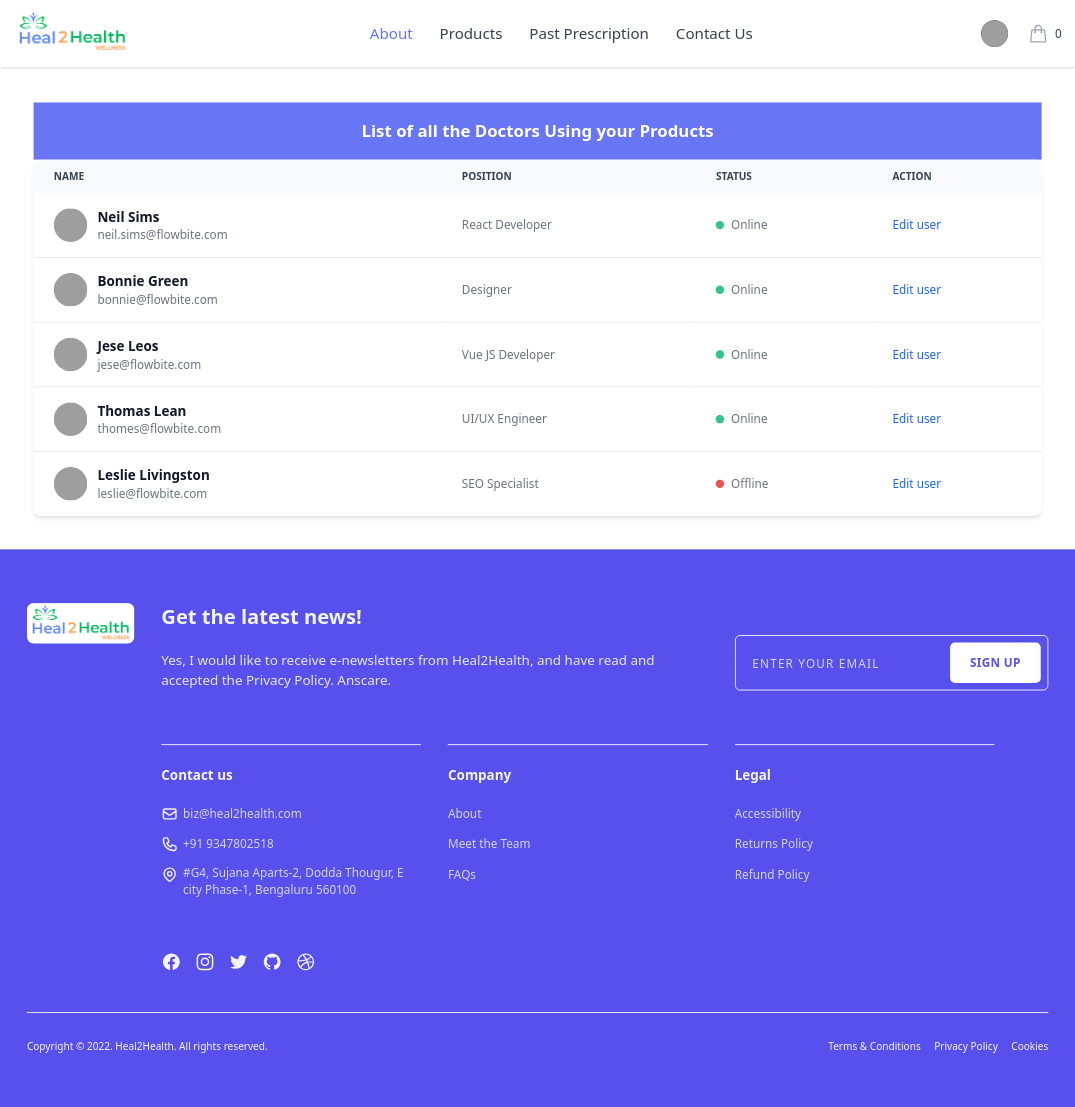
Repository: Akash123-coder/H2H
Page: /dealer (app in Frontend/)
An editor plug-in stored every save of this project. The page is shown before and after the next save, followed by the edit.
The browser window is 1280 px wide. The pictures show the whole page, at 84% of full size.
Pictures or frames that could not be fetched are drawn as grey boxes. The project was rebuilt for these pictures with package versions that can differ from the ones it lists, and the page was loaded fresh each time. Also part of the build but not shown: Frontend/vite.config.ts, Frontend/src/pages/About.tsx, Frontend/src/components/Cta.jsx, Frontend/src/pages/Home.jsx, Frontend/src/components/Product.tsx, Frontend/src/components/Select.jsx, Frontend/src/components/CompanySelect.jsx, Frontend/src/pages/Prescription.jsx and 7 more.

Above is the page before, as saved 2022-10-12 12:07:54.

After the next save:
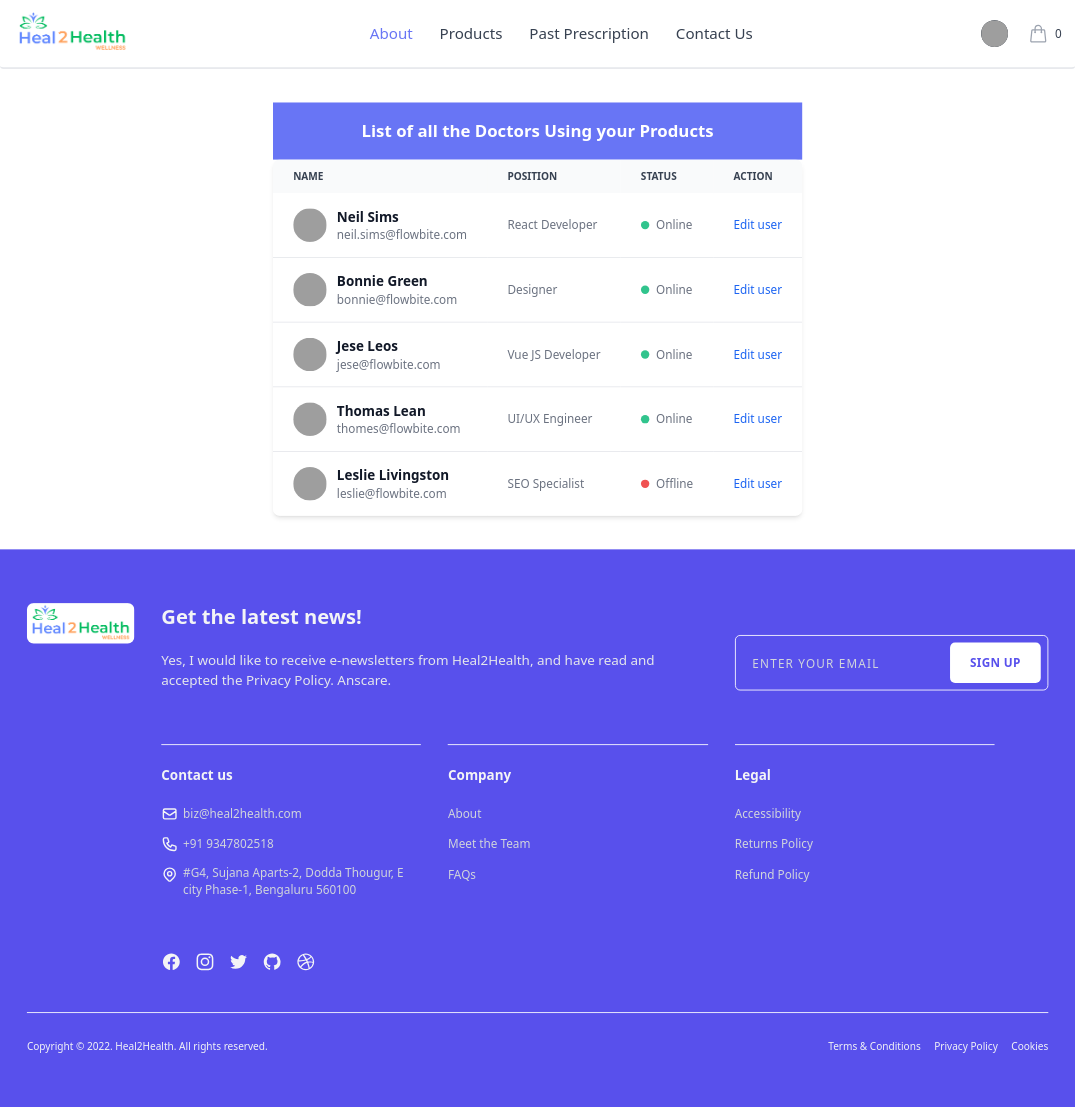
Saved 25 s later.
--- a/Frontend/src/pages/DealerPage.jsx
+++ b/Frontend/src/pages/DealerPage.jsx
@@ -4,7 +4,7 @@
 function DealerPage() {
   return (
     <div>
-        <div className="p-10">
+        <div className="p-10 flex justify-center align-center">
         <List/>
         </div>
     </div>

After the 2 saves that followed:
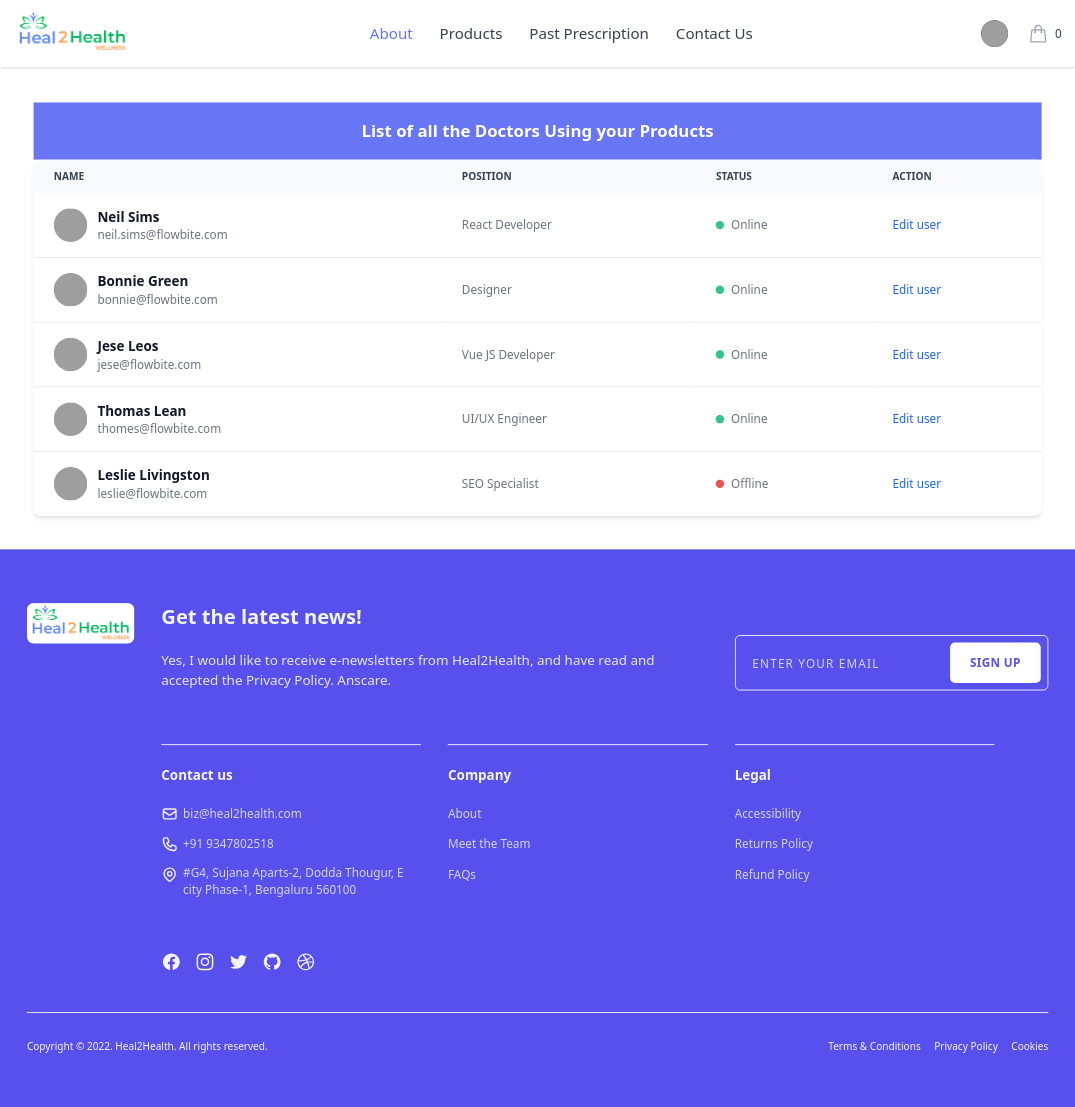
The 2 saves are shown as one change because 1 left the picture as it was.
The last was saved 28 s later.
--- a/Frontend/src/pages/DealerPage.jsx
+++ b/Frontend/src/pages/DealerPage.jsx
@@ -4,7 +4,7 @@
 function DealerPage() {
   return (
     <div>
-        <div className="p-10 flex justify-center align-center">
+        <div className="p-10  ">
         <List/>
         </div>
     </div>
